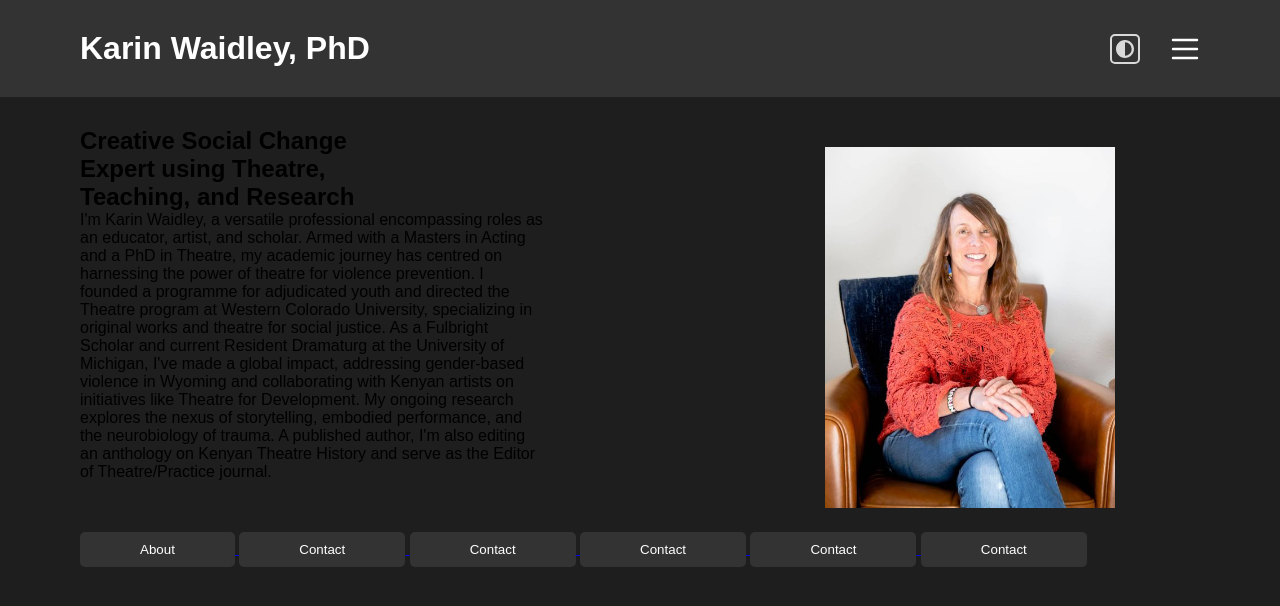
Repository: Ceasor7/Karin
Page: index.html
The author's editor kept a copy of each file at every save. The page is drawn from the files as they stood at one save, then again after the next save.
The browser window is 1280 px wide. The pictures show the whole page.

Above is the page before, as saved 2023-12-14 17:48:34.

### index.html
<!DOCTYPE html>
<html lang="en">

<head>
    <meta charset="UTF-8">
    <meta name="viewport" content="width=device-width, initial-scale=1.0">
    <title>Karin Waidley, PhD | Home</title>
    <style>
        ::-webkit-scrollbar {
            width: .8em;
            border-radius: .3rem;
            background-color: hsl(0, 0%, 65%);
        }

        ::-webkit-scrollbar-thumb {
            border-radius: .3rem;
            background-color: hsl(0, 0%, 55%);
        }

        ::-webkit-scrollbar-thumb:hover {
            background-color: hsl(0, 0%, 45%);
        }

        /* Global styles */
        body {
            font-family: Arial, sans-serif;
            background-color: var(--primary-color);
        }

        :root {
            --primary-color: #1E1E1E;
            --secondary-color: #D9D9D9;
        }

        .darkmode {
            --primary-color: #D9D9D9;
            --secondary-color: #1E1E1E;
        }

        /* Resetting some default styles for better consistency */
        body,
        h1,
        h2,
        h3,
        p,
        ul,
        li {
            margin: 0;
            padding: 0;
            list-style: none;
        }

        /* Global styles */
        body {
            font-family: Arial, sans-serif;
        }

        /* Navbar styles */
        header {
            background-color: #333;
            color: white;
            padding: 10px 0;
        }

        .navbar {
            display: flex;
            justify-content: space-between;
            align-items: center;
            padding: 20px;
            margin-left: 60px;
            margin-right: 60px;
        }

        .navbar-logo {
            font-size: 2em;
            font-weight: bold;
        }

        .navbar-icons {
            display: flex;
            gap: 10px;
        }

        .dark-mode-toggle {
            color: var(--secondary-color);
            border: 2px solid currentColor;
            padding: 4px;
            background: transparent;
            cursor: pointer;
            border-radius: 5px;
            width: 30px;
            height: 30px;
        }

        .dark-mode-toggle,
        .svg-icon {
            margin-right: 20px;
        }

        /* Main content styles */
        section {
            margin-top: 20px;
        }

        /* Contact form styles */
        form {
            max-width: 600px;
            margin: 0 auto;
        }

        label {
            display: block;
            margin-bottom: 8px;
        }

        input,
        textarea,
        select {
            width: 100%;
            padding: 8px;
            margin-bottom: 16px;
            box-sizing: border-box;
        }

        /* New section styles */
        .image-section {
            text-align: center;
            margin-top: 20px;
            margin-right: 20px;
        }

        .image-section img {
            max-width: 50%;
            height: auto;
        }

        /* Add this CSS to make the two divs beside each other */
        .flex-container {
            display: flex;
            justify-content: space-between;
            margin-top: 30px;
        }

        .flex-container>div {
            flex: 1;
            margin-right: 20px;
        }

        /* Home */
        .home-details {
            text-align: left;
            margin-left: 80px;
        }

        .home-details p {
            width: 80%;
        }

        .home-buttons {
            margin-top: 20px;
            margin-left: 80px;
            justify-content: space-between;

        }

        .homeRedirect-buttons {
            padding: 10px;
            background-color: #333;
            color: white;
            padding-left: 60px;
            padding-right: 60px;
            border-radius: 5px;
            border: none;
            cursor: pointer;
        }

        /* Home */
    </style>
</head>

<body>
    <header>
        <div class="navbar">
            <div class="navbar-logo">Karin Waidley, PhD</div>
            <div class="navbar-icons">
                <button id="dark-mode-toggle" class="dark-mode-toggle">
                    <svg width="100%" xmlns="http://www.w3.org/2000/svg" viewBox="0 0 496 496">
                        <path fill="currentColor"
                            d="M8,256C8,393,119,504,256,504S504,393,504,256,393,8,256,8,8,119,8,256ZM256,440V72a184,184,0,0,1,0,368Z"
                            transform="translate(-8 -8)" />
                    </svg>
                </button>
                <svg xmlns="http://www.w3.org/2000/svg" x="0px" y="0px" width="30" height="30" viewBox="0 0 50 50"
                    style="fill:#FFFFFF;">
                    <path
                        d="M 5 8 A 2.0002 2.0002 0 1 0 5 12 L 45 12 A 2.0002 2.0002 0 1 0 45 8 L 5 8 z M 5 23 A 2.0002 2.0002 0 1 0 5 27 L 45 27 A 2.0002 2.0002 0 1 0 45 23 L 5 23 z M 5 38 A 2.0002 2.0002 0 1 0 5 42 L 45 42 A 2.0002 2.0002 0 1 0 45 38 L 5 38 z">
                    </path>
                </svg>
            </div>
        </div>
    </header>
    <div class="flex-container">
        <div class="home-details">
            <h2>Creative Social Change<br> Expert using Theatre, <br>Teaching, and Research</h2>
            <p>I'm Karin Waidley, a versatile professional encompassing roles as an educator, artist, and scholar. Armed
                with a Masters in Acting and a PhD in Theatre, my academic journey has centred on harnessing the power
                of theatre for violence prevention. I founded a programme for adjudicated youth and directed the Theatre
                program at Western Colorado University, specializing in original works and theatre for social justice.
                As a Fulbright Scholar and current Resident Dramaturg at the University of Michigan, I've made a global
                impact, addressing gender-based violence in Wyoming and collaborating with Kenyan artists on initiatives
                like Theatre for Development. My ongoing research explores the nexus of storytelling, embodied
                performance, and the neurobiology of trauma. A published author, I'm also editing an anthology on Kenyan
                Theatre History and serve as the Editor of Theatre/Practice journal.</p>
        </div>
        <div class="image-section">
            <img src="images/Karin.jpeg" alt="Karin Waidley">
        </div>
    </div>
    <div class="home-buttons">
        <a href="about.html">
            <button class="homeRedirect-buttons">About</button>
        </a>
        <a href="contact.html">
            <button class="homeRedirect-buttons">Contact</button>
        </a>
        <a href="#">
            <button class="homeRedirect-buttons">Contact</button>
        </a>
        <a href="#">
            <button class="homeRedirect-buttons">Contact</button>
        </a>
        <a href="#">
            <button class="homeRedirect-buttons">Contact</button>
        </a>
        <a href="#">
            <button class="homeRedirect-buttons">Contact</button>
        </a>
    </div>

    <script src="darkMode.js"></script>
</body>

</html>

### darkMode.js

let darkMode = localStorage.getItem('darkMode');

const darkModeToggle = document.querySelector('#dark-mode-toggle');

const enableDarkMode = () => {
  document.body.classList.add('darkmode');
  localStorage.setItem('darkMode', 'enabled');
}

const disableDarkMode = () => {

  document.body.classList.remove('darkmode');

  localStorage.setItem('darkMode', null);
}


if (darkMode === 'enabled') {
  enableDarkMode();
}

darkModeToggle.addEventListener('click', () => {

  darkMode = localStorage.getItem('darkMode');

  if (darkMode !== 'enabled') {
    enableDarkMode();
  } else {
    disableDarkMode();
  }
});

After the next save:
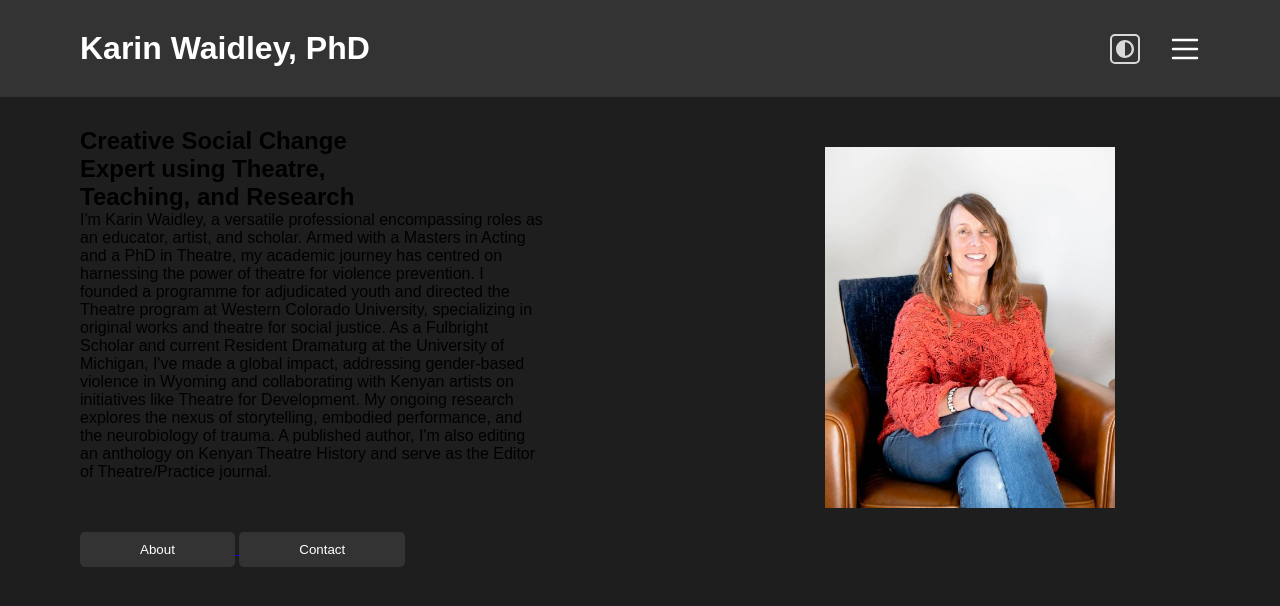
Saved 75 s later.
--- a/index.html
+++ b/index.html
@@ -223,18 +223,7 @@
         <a href="contact.html">
             <button class="homeRedirect-buttons">Contact</button>
         </a>
-        <a href="#">
-            <button class="homeRedirect-buttons">Contact</button>
-        </a>
-        <a href="#">
-            <button class="homeRedirect-buttons">Contact</button>
-        </a>
-        <a href="#">
-            <button class="homeRedirect-buttons">Contact</button>
-        </a>
-        <a href="#">
-            <button class="homeRedirect-buttons">Contact</button>
-        </a>
+
     </div>
 
     <script src="darkMode.js"></script>
